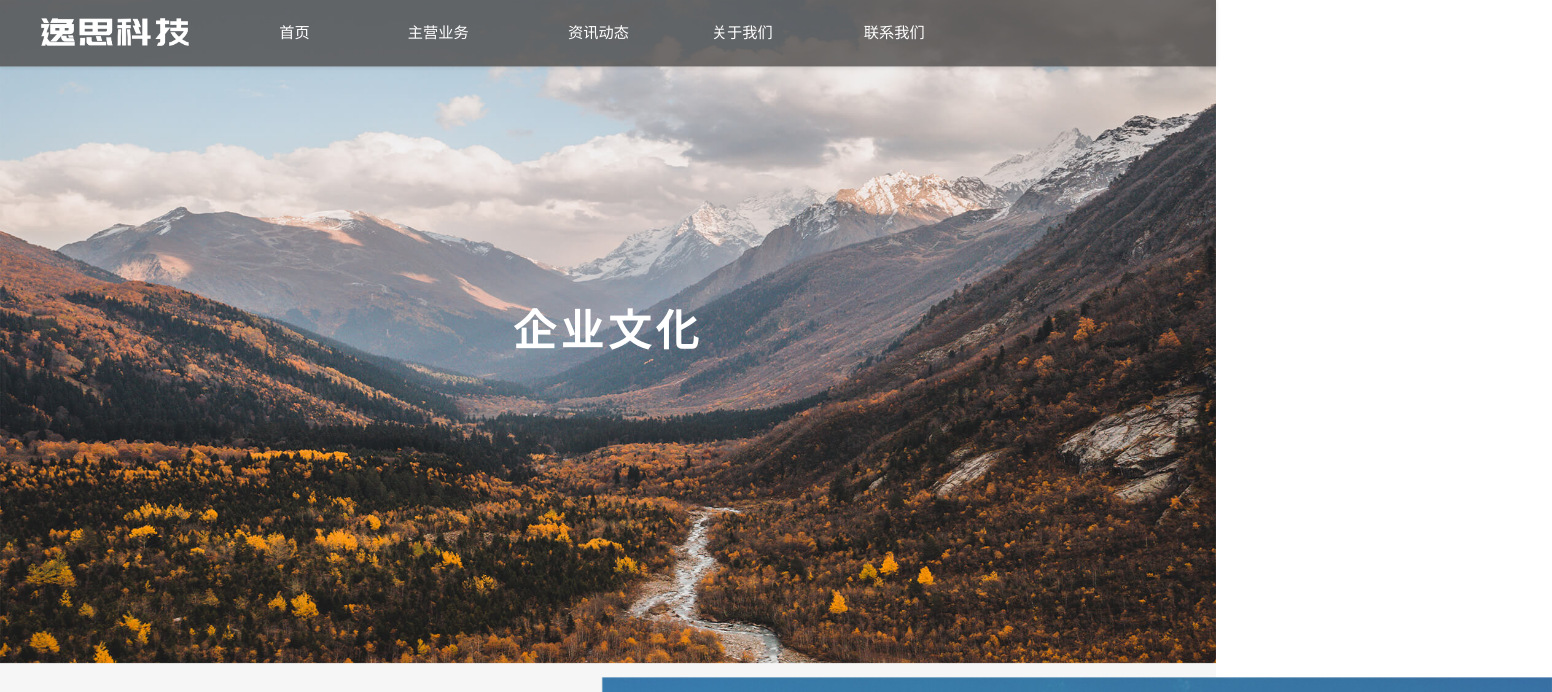
Repository: masterzhang/ztn
Page: brief3.html
The author's editor kept a copy of each file at every save. The page is drawn from the files as they stood at one save, then again after a run of saves.
The browser window is 1280 px wide. The page is 1634 px wide, then 1300 px, so the pictures cover 1634 px, including what lies to the right of the window. The pictures show the part of the page from y = 0 to 728 px (the page is 2017 px tall before and 1888 px after), at 95% of full size.

Above is the page before, as saved 2021-11-25 15:46:31.
Console error: TypeError: Cannot read properties of undefined (reading 'top')

### brief3.html
<!DOCTYPE html
  PUBLIC "-//W3C//DTD XHTML 1.0 Transitional//EN" "http://www.w3.org/TR/xhtml1/DTD/xhtml1-transitional.dtd">
<!-- saved from url=(0032)https://www.ztn.com/culture.html -->
<html xmlns="http://www.w3.org/1999/xhtml">

<head>
  <meta http-equiv="Content-Type" content="text/html; charset=UTF-8">


  <meta http-equiv="X-UA-Compatible" content="IE=edge,chrome=1">
  <meta name="viewport"
    content="width=device-width, user-scalable=yes, initial-scale=0.2, maximum-scale=1.0, minimum-scale=0.2">
  <title>逸思科技-跨境电商孵化平台</title>
  <link href="/css/favicon.ico" rel="shortcut icon">
  <link rel="stylesheet" type="text/css" href="/css/settings.css">
  <link rel="stylesheet" type="text/css" href="/css/responsive.css">
  <link rel="stylesheet" href="/css/korbin.css">
  <script type="text/javascript" src="/js/jquery-3.6.0.min.js"></script>
</head>

<body>

  <div class="head">
    <div class="logo">
      <h1 style="margin-left: 20px;">
        <img src="/self/images2/logo.png" alt="">
      </h1>
    </div>
    <div class="nav">
      <ul>
        <li> <a class="cnh " href="/"> 首页 </a> </li>
        <li> <a class="cnh  arr " href="javascript:void(0);"> 主营业务 </a>
          <div class="sub">
            <a href="/oversea.html"> 业务模式</a>
          </div>
        </li>
        <li> <a class="cnh" href="/news.html"> 资讯动态 </a>
        </li>
        <li> <a class="cnh  arr " href="javascript:void(0);"> 关于我们 </a>
          <div class="sub">
            <a href="/brief2.html"> 企业介绍</a>
            <a href="/brief.html"> 企业发展</a>
            <a href="/culture.html"> 企业地图</a>
            <a href="/brief3.html"> 企业文化</a>
          </div>
        </li>
        <li> <a class="cnh arr" href="/contact.html"> 联系我们 </a>
          <div class="sub">
            <a href="/jobs.html"> 加入我们</a>
            <a href="/contact.html"> 联系我们</a>
          </div>
        </li>
      </ul>
    </div>
  </div>

  <link rel="stylesheet" type="text/css" href="/css/swiper.min.css">

  <div class="PageMain" style="background: #f6f6f6;">
    <div class="bannerInpicx juzhong">
      <img style="width: 100%;" src="/self/images2/企业文化顶图.jpg">
      <p class="ztculture">企业文化</p>
    </div>
    <div class="pagemian">
      <div class="pagemian_swiper">
        <div class="pagemian_swiper_left">
          <h3 class="culture_title">企业文化</h3>
          <div class="culture_line">
            <p class="cultureTilte"><img src="/images/58065b8d337ec5f1d0058ac9f7bae79c.png"> 愿景</p>
            <p class="cultureJie">三年内助力1000位创业者实现盈利，<br />成为世界级跨境电商孵化平台。</p>
          </div>
          <div class="culture_line">
            <p class="cultureTilte"><img src="/images/d44f9d1443049c06d1db48b1de49cf1c.png"> 使命</p>
            <p class="cultureJie">让兼职跨境电商更简单。</p>
          </div>
          <div class="culture_line">
            <p class="cultureTilte"><img src="/images/1cdfa37ff9de252cab676b4e3ab49286.png"> 价值观</p>
            <p class="cultureJie">分享、奋斗、诚信、开放、创新、极致</p>
          </div>

        </div>
        <div class="pagemian_swiper_right" style="display: block;">
          <div class="runbobox">
            <img src="/self/images2/企业文化逸思奋斗者.jpg" />
          </div>
        </div>
      </div>
    </div>

    <div class="cultureClassifica">
      <div class="cultureClassifica_first">
        <div class="cultureClassifica_first_left"
          style="background: url(&#39;/upload/banner/20210730/3f0fda0d31df53f7d490ee0798418f20.png&#39;) no-repeat;background-size: 100% 100%;">

          <p class="cultureClassificaTitle">价值观代言人</p>
          <div class="cultureDetailebox">
            <div class="cultureDetaile">
              <p>价值观代言人</p>
              <p>TA们是集团核心价值观的代言人，带领多位宝藏纵腾人成团出道，让文化接棒，践行核心价值观！让价值闪耀，凝聚纵人精气神！</p>
            </div>
          </div>

        </div>
        <div class="cultureClassifica_first_right"
          style="background: url(&#39;/upload/banner/20210730/8bacadef94ca0032fbed712d2b4fc857.png&#39;) no-repeat;background-size: 100% 100%;">
          <p class="cultureClassificaTitle">宝藏纵腾人</p>
          <div class="cultureDetailebox">
            <div class="cultureDetaile">
              <p>宝藏纵腾人</p>
              <p>TA们是践行集团核心价值观的标杆榜样，是价值观的具象表现，是看得见摸得着的价值载体，如同宝藏，闪耀纵腾。 </p>
            </div>
          </div>
        </div>
      </div>
      <div class="cultureClassifica_seceond">
        <div class="cultureClassifica_seceond_right"
          style="width: 100%;background: url(&#39;/upload/banner/20210730/4e8b6aaff991442b1dc90254697e5b07.png&#39;) no-repeat;background-size: 100% 100%;">
          <p class="cultureClassificaTitle">文化周边</p>
          <div class="cultureDetailebox">
            <div class="cultureDetaile">
              <p>文化周边</p>
              <p>文化周边产品是纵腾企业文化的别样体现，带有潮流文化的态度与理念，围绕纵腾文化精心打造了价值观文化衫、帆布袋、员工笔记本、员工便利贴等产品，展现纵腾文化力。</p>
            </div>
          </div>
        </div>
      </div>

      <div class="cultureClassifica_three">
        <div class="cultureClassifica_first_right yuangongGuanhuai"
          style="background: url(&#39;/upload/banner/20210730/6ef6c43417532fb5c79c0cdc8f4ac51c.png&#39;) no-repeat;background-size: 100% 100%;">
          <p class="cultureClassificaTitle">员工关怀</p>
          <div class="cultureDetailebox">
            <div class="cultureDetaile">
              <p>员工关怀</p>
              <p>趣味十足且具备仪式感的员工关怀活动，提升员工对集团的归属感及认同感，增强集团凝聚力，促进企业文化健康发展。</p>
            </div>
          </div>
        </div>
        <div class="cultureClassifica_first_left ballYuangong"
          style="background: url(&#39;/upload/banner/20210730/da8fa69e2b4f1c408cf37126f9adbadb.png&#39;) no-repeat;background-size: 100% 100%;">
          <p class="cultureClassificaTitle">员工俱乐部</p>
          <div class="cultureDetailebox">
            <div class="cultureDetaile">
              <p>员工俱乐部</p>
              <p>关爱员工身心健康，丰富业余文化生活，篮球俱乐部、羽毛球俱乐部、乒乓球俱乐部、桌球俱乐部、电竞俱乐部、桌游俱乐部，一应俱全，让员工生活充满小惊喜。</p>
            </div>
          </div>
        </div>
      </div>
    </div>

  </div>

  <script src="/js/swiper.min.js"></script>
  <!-- 数字滚动 -->
  <script type="text/javascript" src="/js/TweenLite.min.js"></script>
  <script type="text/javascript" src="/js/lem_counter.js"></script>

  <script type="text/javascript">
    $(function () {
      //窗口显示才加载
      var wrapTop = $(".digital").offset().top;
      var istrue = true;
      $(window).on("scroll",
        function () {
          var s = $(window).scrollTop();
          if (s > wrapTop - 600 && istrue) {
            $('.counter-numb').lemCounter();
            istrue = false;
          };
        });

    })
  </script>
  <script type="text/javascript">
    var mySwiper = new Swiper('.swiper-container', {
      autoplay: true,
      disableOnInteraction: false,
      autoplayDisableOnInteraction: false,//这个加了没啥用
      on: {
        slideChangeTransitionEnd: function () {
          this.autoplay.start();//就加这个玩意儿
        },
      },
      //direction: 'vertical', // 垂直切换选项
      loop: true, // 循环模式选项
      // 如果需要前进后退按钮
      navigation: {
        nextEl: '.swiper-button-next',
        prevEl: '.swiper-button-prev',
      },
      // 如果需要滚动条
    })
  </script>


  <div class="footer" style="clear: both">
    <div class="wrapperKn" style="width: 1300px;">
      <div class="foot_nav">
        <div class="box footlogo" style="align-items: flex-start;">
          <img src="/self/images2/logo.png" alt="">
        </div>
        <div class="box">
          <h3>首页</h3>
          <ul class="list">
            <li><a href="https://www.ztn.com/oversea.html">业务模式</a></li>
          </ul>
        </div>
        <div class="box">
          <h3>主营业务</h3>
          <ul class="list">
            <li><a href="https://www.ztn.com/oversea.html">业务模式</a></li>
          </ul>
        </div>
        <div class="box">
          <h3>咨询动态</h3>
        </div>
        <div class="box">
          <h3>关于我们</h3>
          <ul class="list">
            <li><a href="https://www.goodcang.com/" target="_blank">企业介绍</a></li>
            <li><a href="https://www.yunexpress.cn/" target="_blank">企业发展</a></li>
            <li><a href="https://www.gotenchina.com/" target="_blank">企业地图</a></li>
            <li><a href="https://www.miworldtech.com/">企业文化</a></li>
          </ul>
        </div>
        <div class="box">
          <h3>联系我们</h3>
          <ul class="list">
            <li><a href="https://www.goodcang.com/" target="_blank">联系我们</a></li>
            <li><a href="https://www.yunexpress.cn/" target="_blank">加入我们</a></li>
          </ul>
        </div>
        <div class="box qrcodebox" style="width: auto;">
          <div class="qrcode">
            <h5>微信公众号</h5>
            <img src="/self/images2/qrcode.jpg" alt="" width="150px">
          </div>
        </div>
      </div>
    </div>
  </div>

  <script type="text/javascript" src="/js/korbin.js"></script>

  <div>
    <div
      style="display: none; position: fixed; top: 30px; width: auto; max-width: 100%; text-align: center; left: 50%; transform: translateX(-50%); z-index: 99999999;">
      <div
        style="display: inline-block; font-size: 14px; font-weight: bold; border: 1px solid rgb(240, 195, 109); background-color: rgb(249, 237, 190); padding: 0px 10px; border-radius: 2px; box-shadow: rgba(0, 0, 0, 0.2) 0px 2px 4px;">
      </div>
    </div>
  </div>
</body>

</html>

### js/lem_counter.js
/******/ (function(modules) { // webpackBootstrap
/******/ 	// The module cache
/******/ 	var installedModules = {};
/******/
/******/ 	// The require function
/******/ 	function __webpack_require__(moduleId) {
/******/
/******/ 		// Check if module is in cache
/******/ 		if(installedModules[moduleId]) {
/******/ 			return installedModules[moduleId].exports;
/******/ 		}
/******/ 		// Create a new module (and put it into the cache)
/******/ 		var module = installedModules[moduleId] = {
/******/ 			i: moduleId,
/******/ 			l: false,
/******/ 			exports: {}
/******/ 		};
/******/
/******/ 		// Execute the module function
/******/ 		modules[moduleId].call(module.exports, module, module.exports, __webpack_require__);
/******/
/******/ 		// Flag the module as loaded
/******/ 		module.l = true;
/******/
/******/ 		// Return the exports of the module
/******/ 		return module.exports;
/******/ 	}
/******/
/******/
/******/ 	// expose the modules object (__webpack_modules__)
/******/ 	__webpack_require__.m = modules;
/******/
/******/ 	// expose the module cache
/******/ 	__webpack_require__.c = installedModules;
/******/
/******/ 	// define getter function for harmony exports
/******/ 	__webpack_require__.d = function(exports, name, getter) {
/******/ 		if(!__webpack_require__.o(exports, name)) {
/******/ 			Object.defineProperty(exports, name, {
/******/ 				configurable: false,
/******/ 				enumerable: true,
/******/ 				get: getter
/******/ 			});
/******/ 		}
/******/ 	};
/******/
/******/ 	// getDefaultExport function for compatibility with non-harmony modules
/******/ 	__webpack_require__.n = function(module) {
/******/ 		var getter = module && module.__esModule ?
/******/ 			function getDefault() { return module['default']; } :
/******/ 			function getModuleExports() { return module; };
/******/ 		__webpack_require__.d(getter, 'a', getter);
/******/ 		return getter;
/******/ 	};
/******/
/******/ 	// Object.prototype.hasOwnProperty.call
/******/ 	__webpack_require__.o = function(object, property) { return Object.prototype.hasOwnProperty.call(object, property); };
/******/
/******/ 	// __webpack_public_path__
/******/ 	__webpack_require__.p = "";
/******/
/******/ 	// Load entry module and return exports
/******/ 	return __webpack_require__(__webpack_require__.s = 0);
/******/ })
/************************************************************************/
/******/ ([
/* 0 */
/***/ (function(module, exports, __webpack_require__) {

"use strict";
/*
 Version: 1.0.0
 Author: lemehovskiy
 Website: http://lemehovskiy.github.io
 Repo: https://github.com/lemehovskiy/lem_counter
 */



var _typeof = typeof Symbol === "function" && typeof Symbol.iterator === "symbol" ? function (obj) { return typeof obj; } : function (obj) { return obj && typeof Symbol === "function" && obj.constructor === Symbol && obj !== Symbol.prototype ? "symbol" : typeof obj; };

var _createClass = function () { function defineProperties(target, props) { for (var i = 0; i < props.length; i++) { var descriptor = props[i]; descriptor.enumerable = descriptor.enumerable || false; descriptor.configurable = true; if ("value" in descriptor) descriptor.writable = true; Object.defineProperty(target, descriptor.key, descriptor); } } return function (Constructor, protoProps, staticProps) { if (protoProps) defineProperties(Constructor.prototype, protoProps); if (staticProps) defineProperties(Constructor, staticProps); return Constructor; }; }();

function _classCallCheck(instance, Constructor) { if (!(instance instanceof Constructor)) { throw new TypeError("Cannot call a class as a function"); } }

(function ($) {
    var LemCounter = function () {
        function LemCounter(element, options) {
            _classCallCheck(this, LemCounter);

            var self = this;

            //extend by function call
            self.settings = $.extend(true, {
                value_from: 0,
                value_to: 0,
                locale: false,
                value_to_from_content: false,
                animate_duration: 2
            }, options);

            self.$element = $(element);

            self.to_fixed_digits = 0;

            //extend by data options
            self.data_options = self.$element.data('lem-counter');
            self.settings = $.extend(true, self.settings, self.data_options);

            //value to from content
            if (self.settings.value_to_from_content) {
                //check if number and remove commas
                if (!isNaN(self.$element.text().replace(/,/g, ''))) {
                    self.settings = $.extend(true, self.settings, {
                        value_to: Number(self.$element.text().replace(/,/g, ''))
                    });
                }
            }

            //set start value
            self.counter_helper = { val: self.settings.value_from };

            self.init();
        }

        _createClass(LemCounter, [{
            key: 'init',
            value: function init() {

                var self = this;

                var counter_to = self.settings.value_to;

                //check if number is float
                if (isFloat(counter_to)) {
                    var string_counter_val_to = counter_to.toString();

                    self.to_fixed_digits = string_counter_val_to.substr(string_counter_val_to.indexOf('.') + 1).length;
                }

                TweenLite.to(self.counter_helper, self.settings.animate_duration, {
                    val: counter_to,
                    onUpdate: updateHandler,
                    ease: Linear.easeNone,
                    onComplete: function onComplete() {
                        self.$element.trigger('onComplete.lc');
                    }
                });

                function isFloat(n) {
                    return Number(n) === n && n % 1 !== 0;
                }

                function updateHandler() {
                    var value = self.counter_helper.val;

                    var num = value.toFixed(self.to_fixed_digits);

                    var num_locale = 0;

                    if (self.to_fixed_digits == 0) {
                        num_locale = parseInt(num);
                    } else {
                        num_locale = parseFloat(num);
                    }

                    if (self.settings.locale) {
                        num_locale = num_locale.toLocaleString(self.settings.locale, { maximumFractionDigits: self.to_fixed_digits });
                    }

                    self.$element.text(num_locale);
                }
            }
        }]);

        return LemCounter;
    }();

    $.fn.lemCounter = function () {
        var $this = this,
            opt = arguments[0],
            args = Array.prototype.slice.call(arguments, 1),
            length = $this.length,
            i = void 0,
            ret = void 0;
        for (i = 0; i < length; i++) {
            if ((typeof opt === 'undefined' ? 'undefined' : _typeof(opt)) == 'object' || typeof opt == 'undefined') $this[i].lem_counter = new LemCounter($this[i], opt);else ret = $this[i].lem_counter[opt].apply($this[i].lem_counter, args);
            if (typeof ret != 'undefined') return ret;
        }
        return $this;
    };
})(jQuery);

/***/ })
/******/ ]);

### js/korbin.js
/**
 *
 * @authors Korbin 280674094@qq.com
 * @date    2019-04-24 17:04:26
 * @version $Id$
 */

$(function(){

	$(".coordinate-item").hover(function(){
		$(this).find(".city-name").stop().animate({bottom:'40px',opacity:'0'},260,function(){
			$(this).hide();
		});
		$(this).find(".warehouse-detail").show().stop().animate({bottom:'26px',opacity:'1'},200);
	},function(){
		$(this).find(".warehouse-detail").stop().animate({bottom:'50px',opacity:'0'},200,function(){
			$(this).hide();
		});
		$(this).find(".city-name").show().stop().animate({bottom:'26px',opacity:'1'},260);
	});

	$(".coordinate-item").hover(function(){
		$(this).find(".warehouse_dright").show().stop().animate({left:'22px',opacity:'1'},200);
	},function(){
		$(this).find(".warehouse_dright").stop().animate({left:'50px',opacity:'0'},200,function(){
			$(this).hide();
		});

	});

	$(".switchFunc .tabT .box span").click(function(){
		$(this).addClass('curr').siblings().removeClass('curr');
	    var index = $(this).index();
	    var ip = $(this).parents('li');
	    number = index;
	    ip.find('.switchBody .item').hide();
	    ip.find('.switchBody .item:eq('+index+')').show();
	    var title = $(this).parents('.switchBrandLogo');
	    title.find('.showtp').text($(this).text());
	    title.find('.showtp').removeClass('active');
	    title.find('.box').slideUp('fast');
	});

	$('.switchBrandLogo .showtp').click(function(){
		$(this).parent().find('.box').stop().toggle();
		if($(this).hasClass('active')){
			$(this).removeClass('active')
		}else{
			$(this).addClass('active')
		}
	})

	// 视频新增与修改
	$('body').on('click','.playShade',function(){
		$(this).parent('.videoInner').addClass('videoPlay');
		document.getElementById('ourvideo').play();
		$(this).hide();
	});

	$('body').on('click','.closeVideoBtn',function(){
		document.getElementById('ourvideo').pause();
		$(this).parent('.videoInner').removeClass('videoPlay');
		$(this).parent('.videoInner').find('.playShade').show();
	});
	// video end

	$(".Ellipsis").each(function (i) {
        var divH = $(this).height();
        var $p = $(".gt", $(this)).eq(0);
        while ($p.outerHeight() > divH) {
          $p.text($p.text().replace(/(\s)*([a-zA-Z0-9]+|\W)(\.\.\.)?$/, "..."));
        };
      });

})

Loaded but not shown: css/settings.css (library); css/responsive.css (library); css/korbin.css (library); js/jquery-3.6.0.min.js (library); css/swiper.min.css (library); js/swiper.min.js (library); js/TweenLite.min.js (library)

After the next 2 saves:
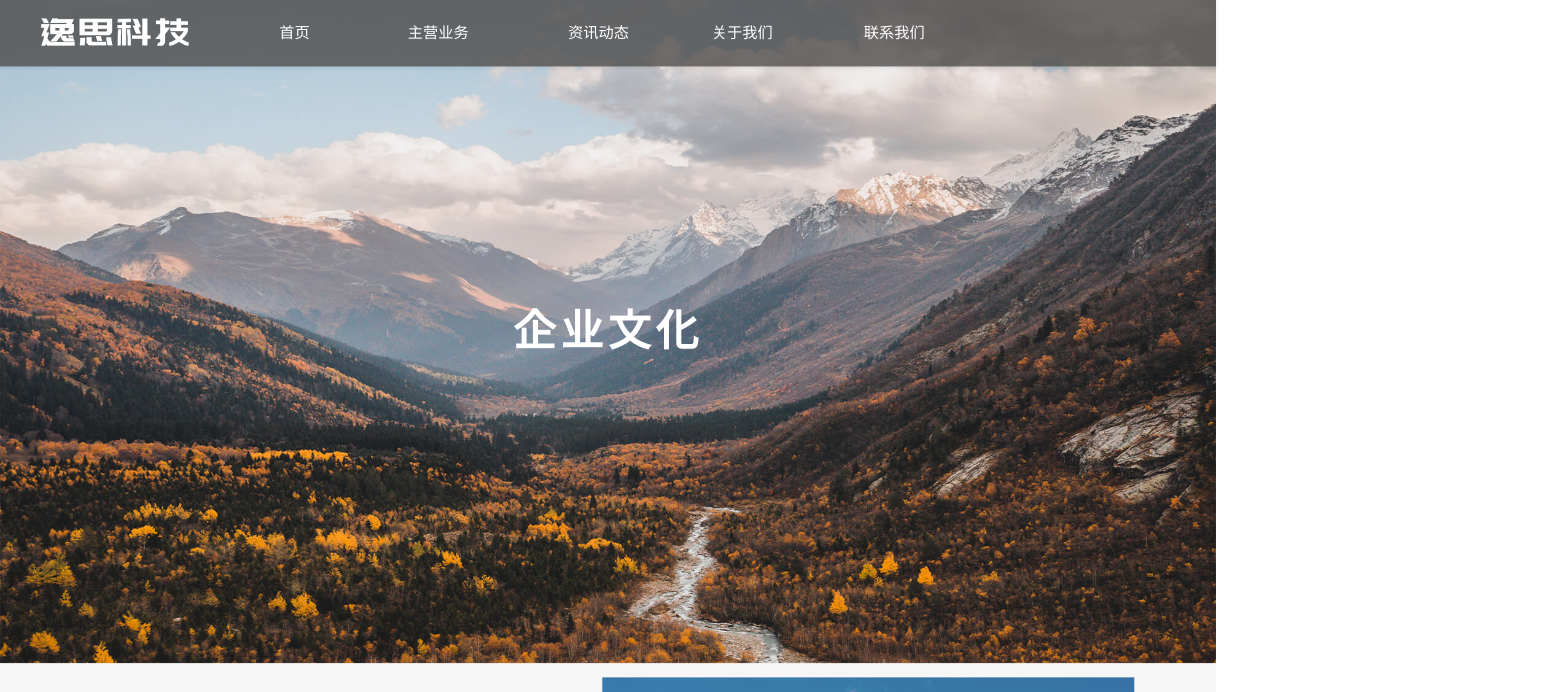
The 2 saves are shown as one change because they came seconds apart.
The last was saved 20 s later.
--- a/brief3.html
+++ b/brief3.html
@@ -81,7 +81,7 @@
         </div>
         <div class="pagemian_swiper_right" style="display: block;">
           <div class="runbobox">
-            <img src="/self/images2/企业文化逸思奋斗者.jpg" />
+            <img src="/self/images2/企业文化逸思奋斗者.jpg"  width="560"/>
           </div>
         </div>
       </div>
